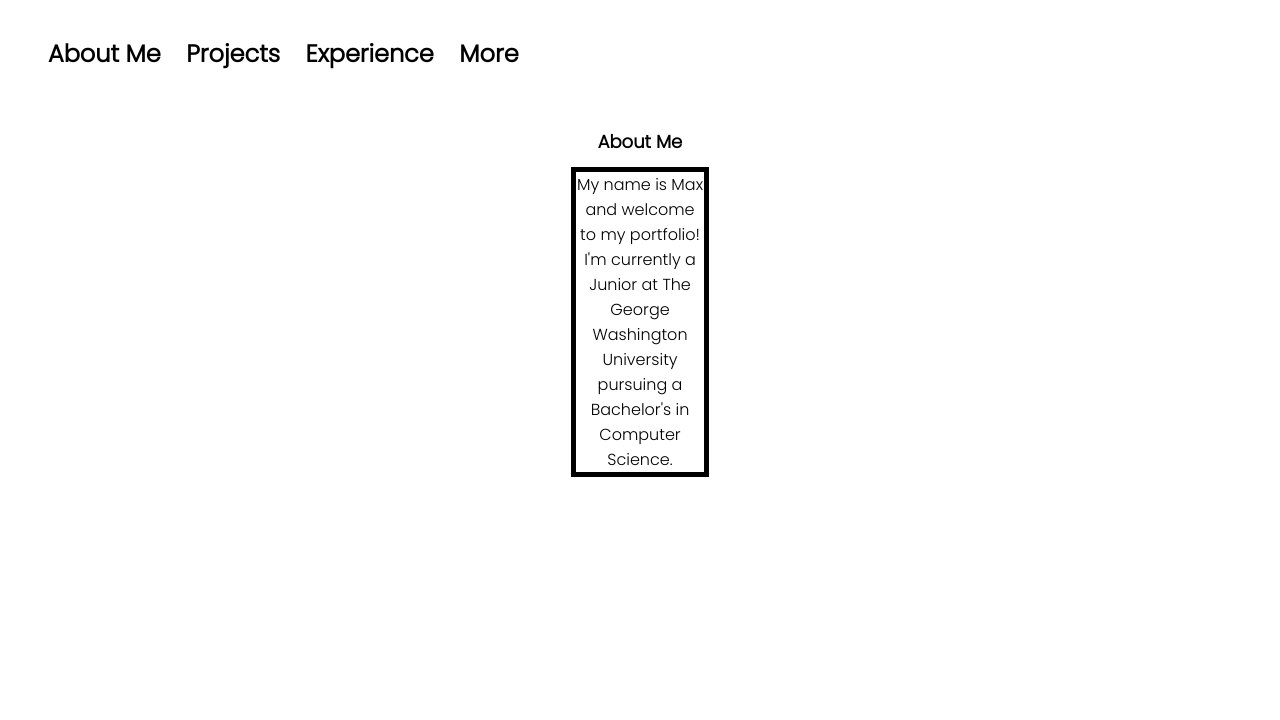
Repository: notMaximilian/maximilianaquino.github.io
Page: about.html
An editor plug-in stored every save of this project. The page is shown before and after a run of saves, followed by the edit.
The browser window is 1280 px wide. The pictures show the whole page.

Above is the page before, as saved 2022-02-10 09:48:11.

### about.html
<!DOCTYPE html>
<html lang="en">

<head>
  <meta charset="UTF-8">
  <meta name="viewport" content="width=device-width, initial-scale=1, user-scaleable=no">
  <title>Max Aquino</title>
  <link rel="preconnect" href="https://fonts.googleapis.com">
  <link rel="preconnect" href="https://fonts.gstatic.com" crossorigin>
  <link href="https://fonts.googleapis.com/css2?family=Poppins:wght@300&display=swap" rel="stylesheet">
  <link rel="stylesheet" href="css/subpage.css">
</head>

<body>


      <div class="mainNav">
        <ul class = "navmenu">
          <li class = "navmenuItems"><h2 id="about">About Me</h2></li>
          <li class = "navmenuItems"><h2 id="projects">Projects</h2></li>
          <li class = "navmenuItems"><h2 id="experience">Experience</h2></li>
          <li class = "navmenuItems"><h2 id="more">More</h2></li>
        </ul>

      <br>
      <br>
      <br>
      <h1>About Me</h1>
      <p>My name is Max and welcome to my portfolio! I'm currently a Junior at
        The George Washington University pursuing a Bachelor's in Computer Science.

      </p>



  <!-- Maximilian Fade in and out -->

  <!-- <script src="js/game.js"></script> -->
</body>

</html>

### css/subpage.css
.corners{
    position: absolute;
    width: 16vw;
}

#cornerL{
    transform: translate(-35vw, 23vh);
}
#cornerR{
    transform: translate(35vw, 23vh);
}

#github{
    position: absolute;
    width: 7vw;
    transform: translate(32vw, 28vh);
}
#twitter{
    position: absolute;
    width: 7vw;
    transform: translate(-32vw, 30vh);
}

ul{
    list-style-type: none;
}
li{
    float: left;
    font-family: "Poppins", sans-serif;
    margin-right: 2vw;
}

h1{
    font-family: "Poppins", sans-serif;
    text-align: center;
    margin-top: 8vh;
    font-size: large;
}

p{
    inline-size: 10vw;
    font-family: "Poppins", sans-serif;
    text-align: center;
    border: 5px solid black;
    margin: 0 auto;
}

After the next 3 saves:
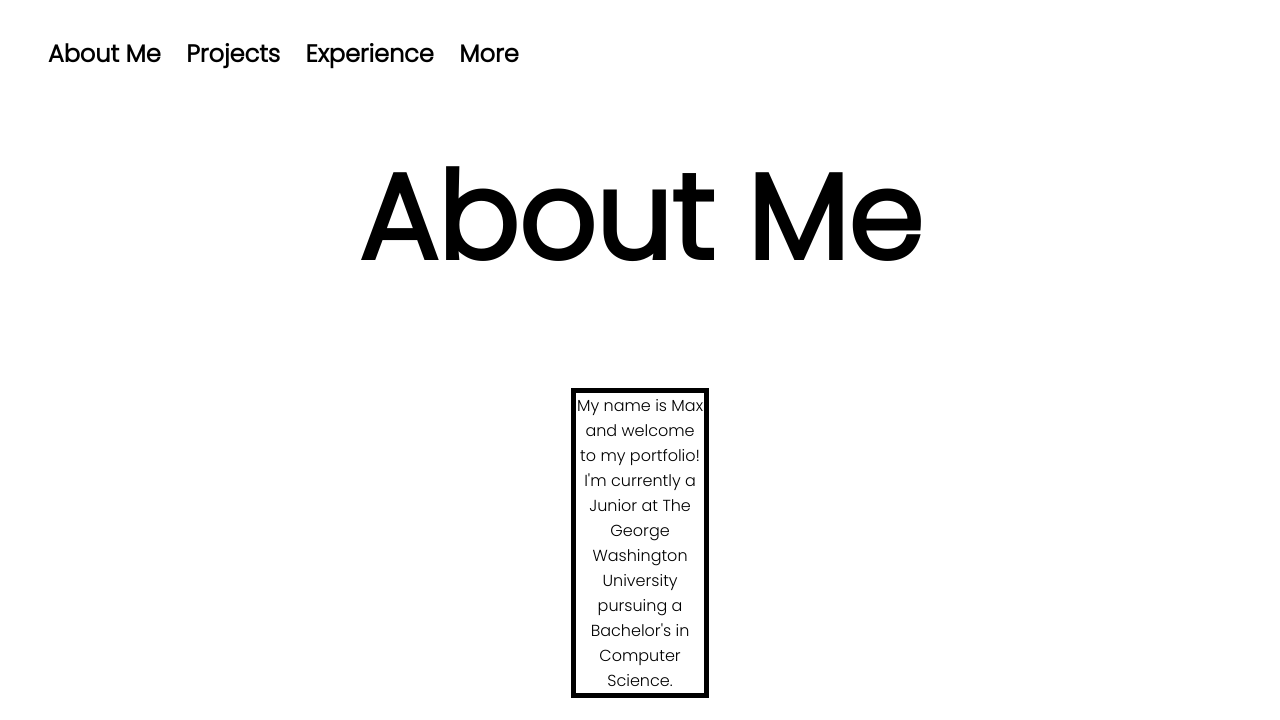
The 3 saves are shown as one change because they came seconds apart.
The last was saved 13 s later.
--- a/css/subpage.css
+++ b/css/subpage.css
@@ -34,7 +34,7 @@ h1{
     font-family: "Poppins", sans-serif;
     text-align: center;
     margin-top: 8vh;
-    font-size: large;
+    font-size: 120px;
 }
 
 p{
